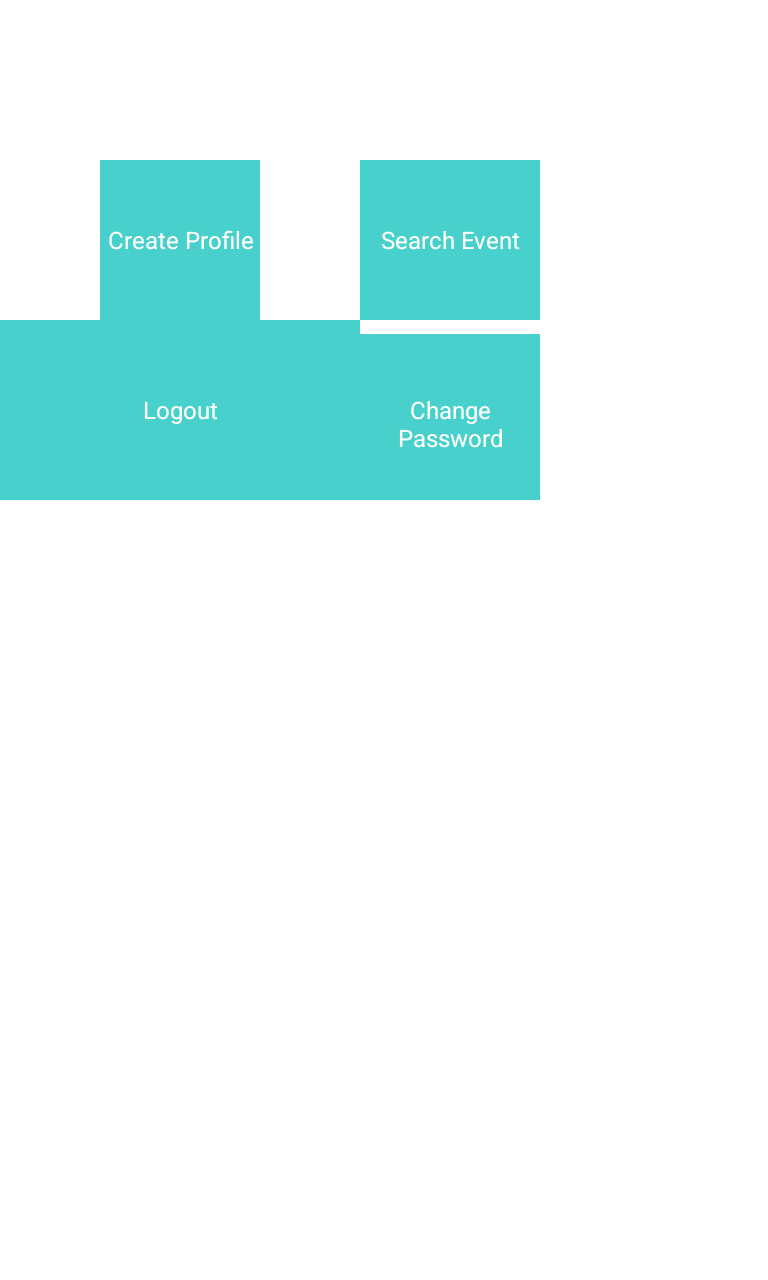
Repository: COMP231-S63G1/COMP231-S63G1
Layout: Wanna/res/layout/login_success.xml
An editor plug-in stored every save of this project. The layout is shown before and after the next save, followed by the edit.
It is drawn on a 768 x 1280 px phone screen (xhdpi) without system bars, with theme AppTheme; the app's code is not run. The app's manifest (not shown) leaves right-to-left support off. So textAlignment, textDirection and layoutDirection are ignored, and left and right values win over start and end ones.

Above is the layout before, as saved 2014-10-24 15:43:46.

### Wanna/res/layout/login_success.xml
<?xml version="1.0" encoding="utf-8"?>

<LinearLayout xmlns:android="http://schemas.android.com/apk/res/android"
              android:orientation="vertical"
              android:layout_width="match_parent"
              android:layout_height="match_parent"

              >

    <TextView
            android:layout_width="200dp"
            android:textColor="#48D1CC"
            android:layout_height="40dp"
            android:id="@+id/textwelcome"
            android:textSize="25sp"
            android:gravity="center"
            />
    <TextView
            android:layout_width="125dp"
            android:layout_height="40dp"
            android:id="@+id/lname"
            android:layout_alignParentTop="true"
            android:textColor="#000000"
            android:layout_toRightOf="@+id/textwelcome"
            android:textSize="20sp"/>

<TableLayout
    android:layout_width="match_parent"
    android:layout_height="match_parent"
    >
<TableRow>
<Button
        android:id="@+id/createProf"
        android:layout_width="80dp"
        android:layout_height="80dp"
        android:background="#48D1CC"
        android:text="Create Profile"
        android:textColor="#ffffff"
        android:textSize="12sp"
        android:layout_marginLeft="50dp"
        android:layout_marginRight="50dp"

        />

      <Button
            android:layout_width="80dp"
            android:layout_height="80dp"
            android:text="Search Event"
            android:id="@+id/searchEvent"
            android:textSize="12sp"
            android:textColor="#ffffff"
            android:background="#48D1CC"
      />
</TableRow>
<TableRow>

    <Button
            android:layout_width="90dp"
            android:layout_height="90dp"
            android:text="Logout"
            android:id="@+id/logout"
            android:textSize="12sp"
            android:textColor="#ffffff"
            android:background="#48D1CC"
      />



    <Button
        android:id="@+id/btchangepass"
        android:layout_width="90dp"
        android:layout_height="90dp"
		android:background="#48D1CC"
        android:layout_below="@+id/textwelcome"
        android:text="Change Password"
        android:textColor="#ffffff"
        android:textSize="12sp" />
    </TableRow>

    </TableLayout>
    <TextView
            android:layout_width="100dp"
            android:layout_height="25dp"
            android:text="User Panel"
            android:id="@+id/textView"
            android:layout_below="@+id/logout"
            android:layout_alignParentRight="true"
            android:textSize="18sp" android:textColor="#000000"
            android:textAlignment="center"/>

</LinearLayout>

Loaded but not shown: Wanna/res/values/styles.xml (common file); Wanna/res/values-v11/styles.xml (common file); Wanna/res/values-v14/styles.xml (common file)

After the next save:
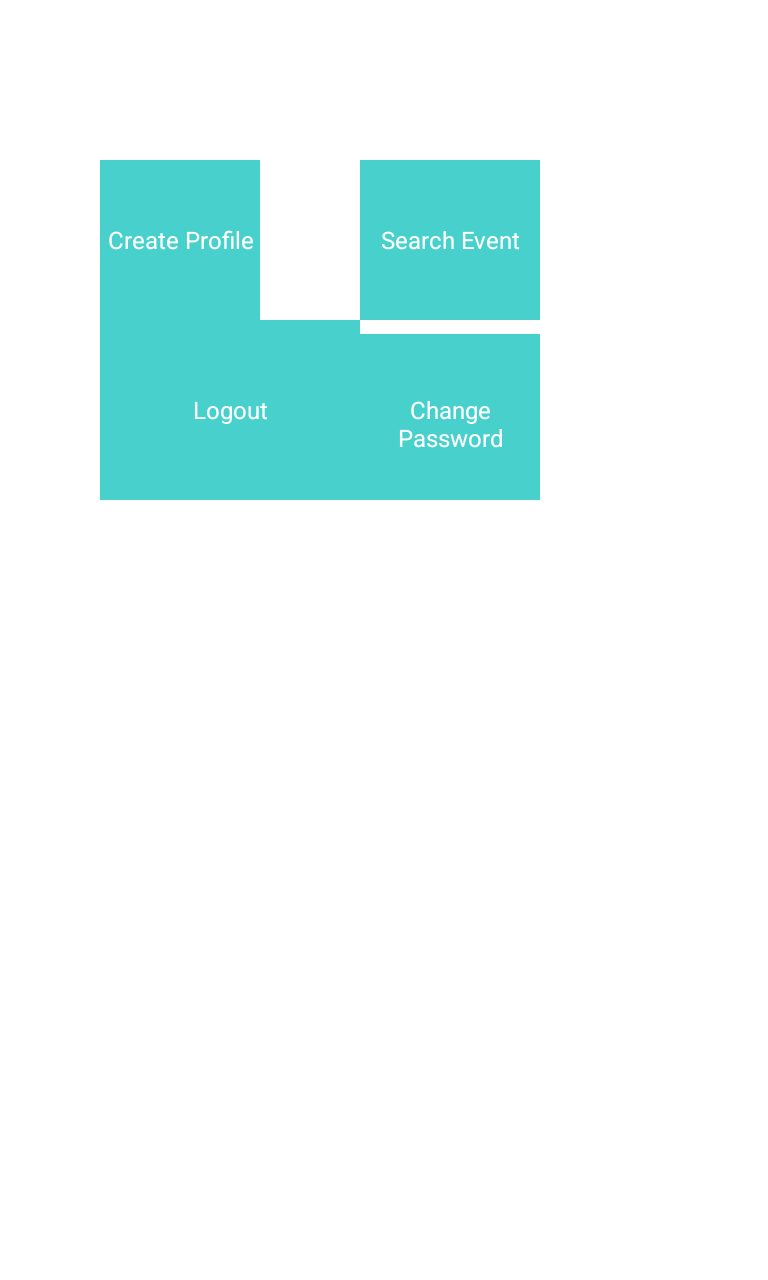
Saved 14 s later.
--- a/Wanna/res/layout/login_success.xml
+++ b/Wanna/res/layout/login_success.xml
@@ -62,6 +62,7 @@
             android:textSize="12sp"
             android:textColor="#ffffff"
             android:background="#48D1CC"
+            android:layout_marginLeft="50dp"
       />
 
 
